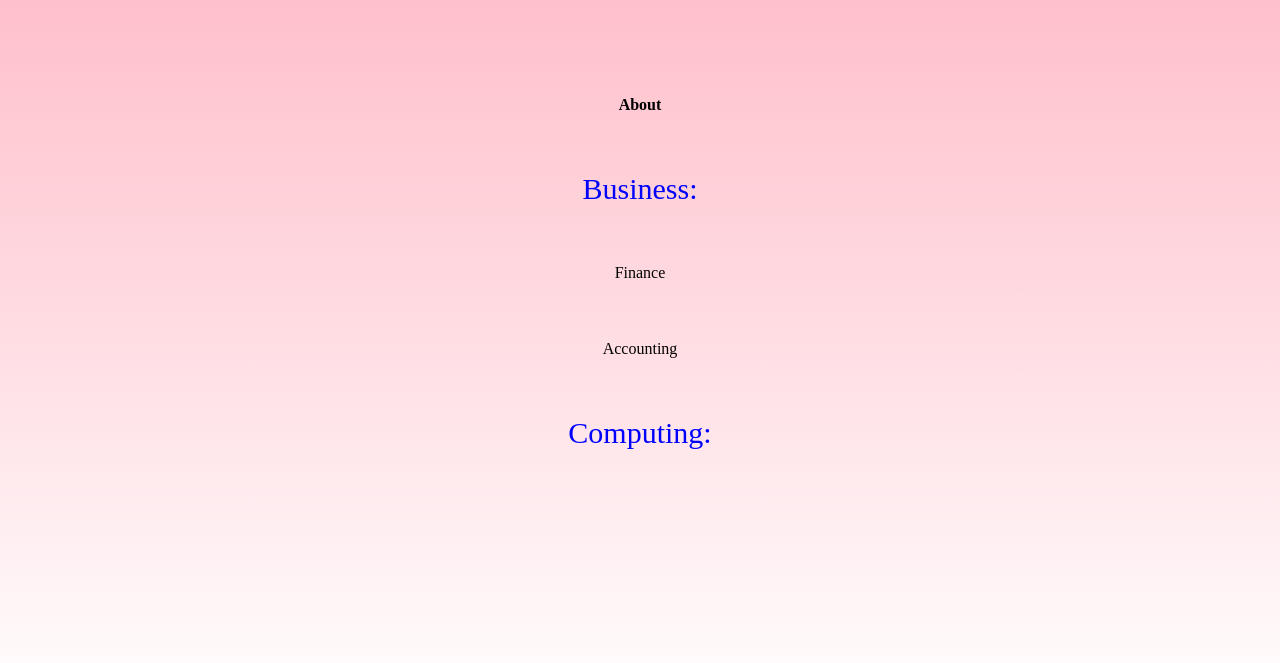
Repository: anoncoderin/madhu-assignment3
Page: /
These files come from the project's save history. The page is drawn as it stood at one moment and after the next save; the edit follows.
The browser window is 1280 px wide. The pictures show the whole page.
The project was rebuilt for these pictures with package versions that can differ from the ones it lists, and the page was loaded fresh each time. The framework's server and built-in components were replaced by stand-ins that run in the browser. Also part of the build but not shown: next.config.js.

Above is the page before, as saved 2023-01-21 11:04:16.

After the next save:
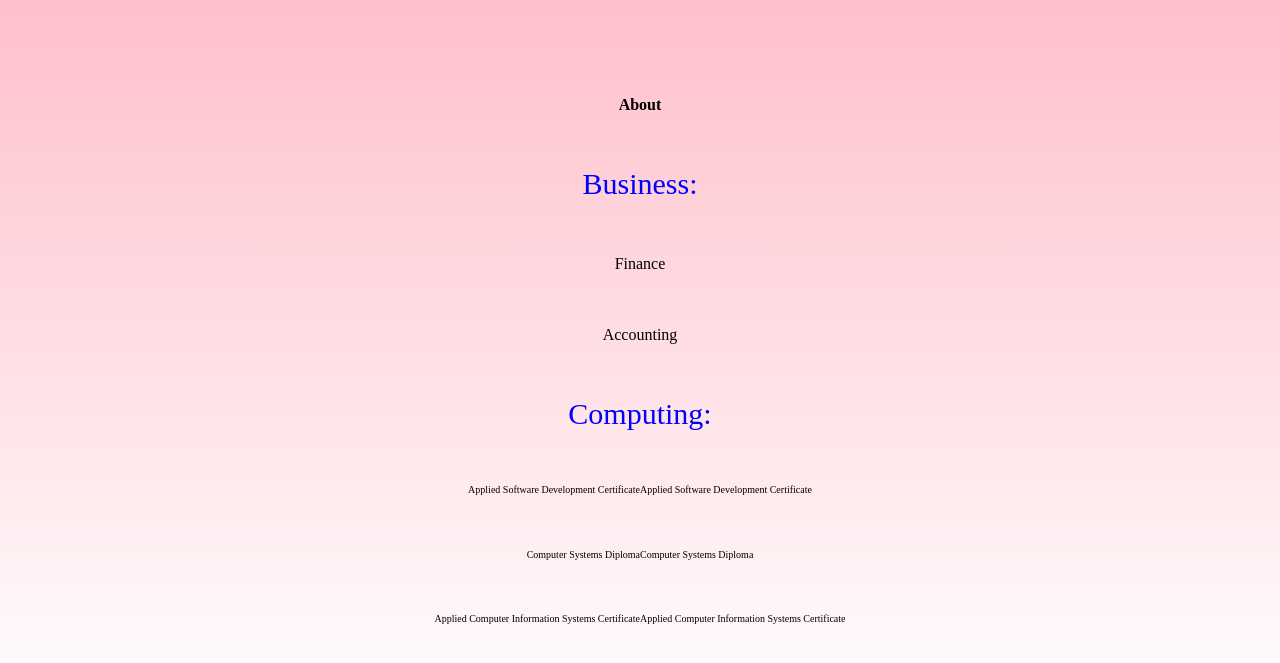
Saved 61 s later.
--- a/components/Card/index.js
+++ b/components/Card/index.js
@@ -2,7 +2,7 @@
     {
         degree="none",
         color="purple",
-        font=0,
+        font=10,
         image='icon/personTwo.png'
     }
 ){

After the save that followed:
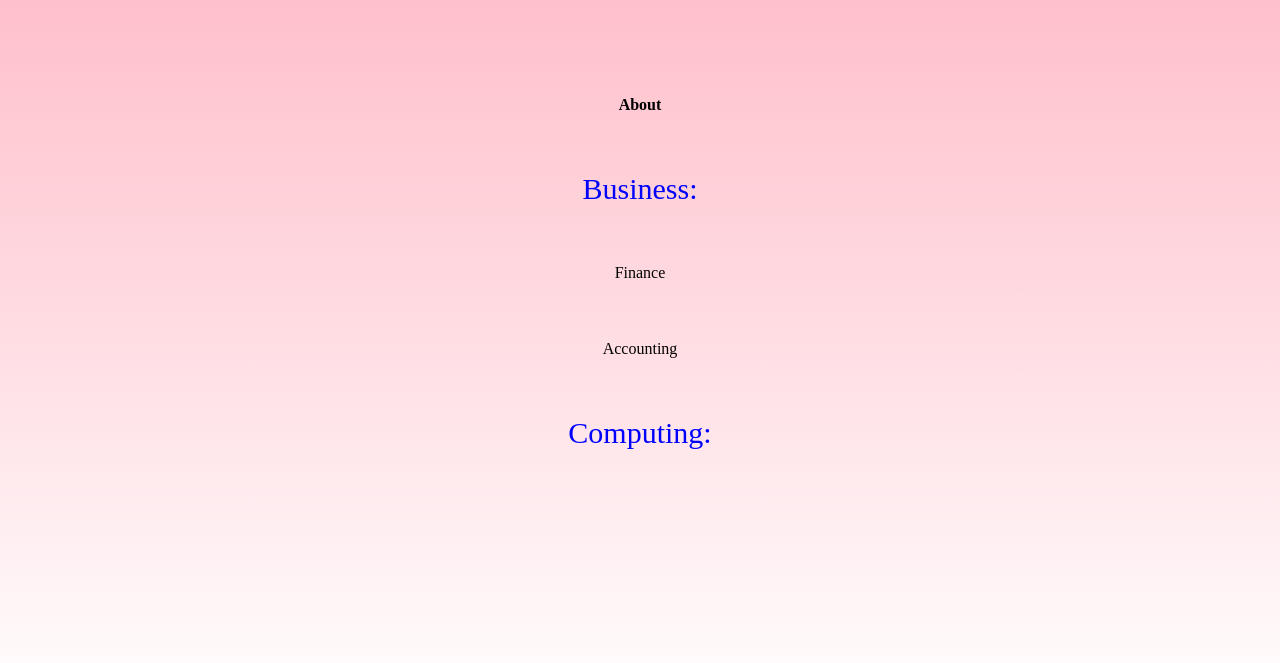
Saved 11 s later.
--- a/components/Card/index.js
+++ b/components/Card/index.js
@@ -2,7 +2,7 @@
     {
         degree="none",
         color="purple",
-        font=10,
+        font=0,
         image='icon/personTwo.png'
     }
 ){
